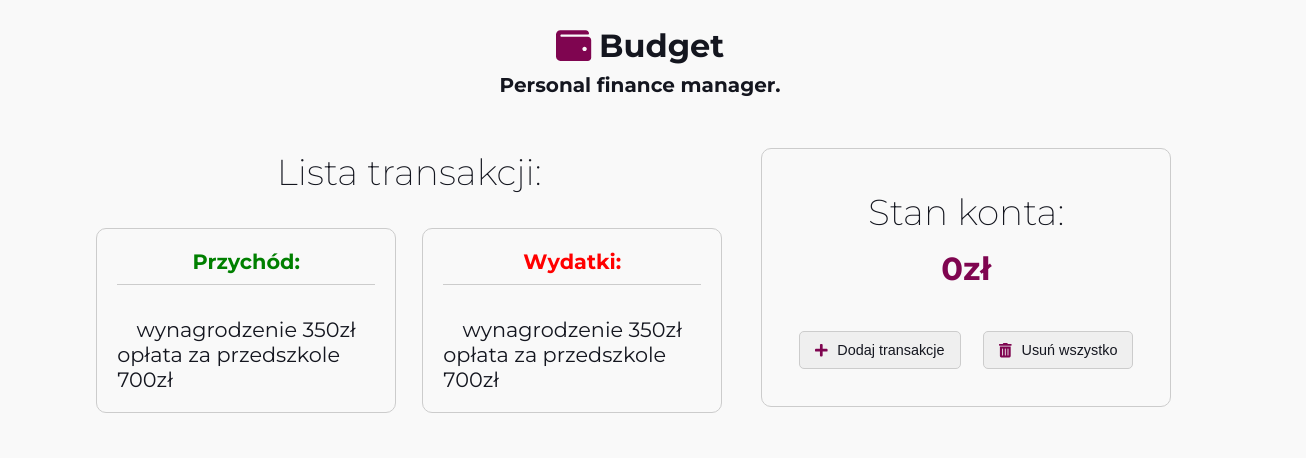
Repository: KrzysKolo/sr_tydzien4_zad4
Page: /
An editor plug-in stored every save of this project. The page is shown before and after the next save, followed by the edit.
The browser window is 1280 px wide. The page is 1280 px wide, then 1306 px, so the pictures cover 1306 px, including what lies to the right of the window. The pictures show the whole page.
Some web libraries are served in a nearby version. The project was rebuilt for these pictures with package versions that can differ from the ones it lists, and the page was loaded fresh each time. Also part of the build but not shown: src/components/budgetComponents/formComponents/Header.js, src/components/budgetComponents/formComponents/ErrorMessage.js, src/components/budgetComponents/formComponents/Input.js, src/components/budgetComponents/formComponents/Select.js.

Above is the page before, as saved 2020-12-03 23:12:03.

After the next save:
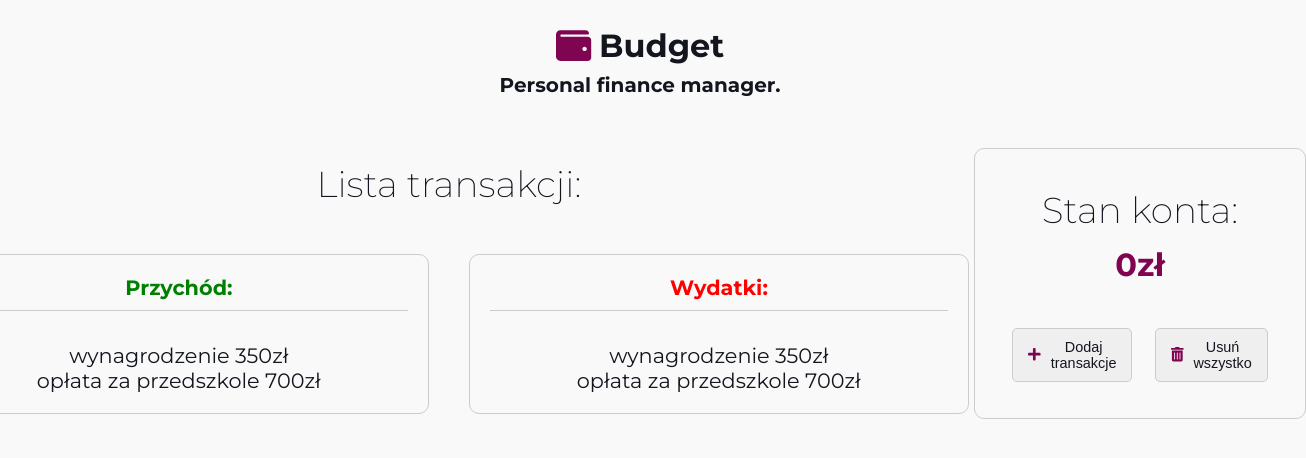
Saved 13 s later.
--- a/src/components/budgetComponents/Section.js
+++ b/src/components/budgetComponents/Section.js
@@ -13,7 +13,7 @@ const SectionWrapper = styled.section`
     align-items: center;
     margin: 2%;
     padding: 20px;
-    min-width: 300px;
+    min-width: 500px;
     width: 50%;
 `;
 const Section = ({ title, label }) => {
